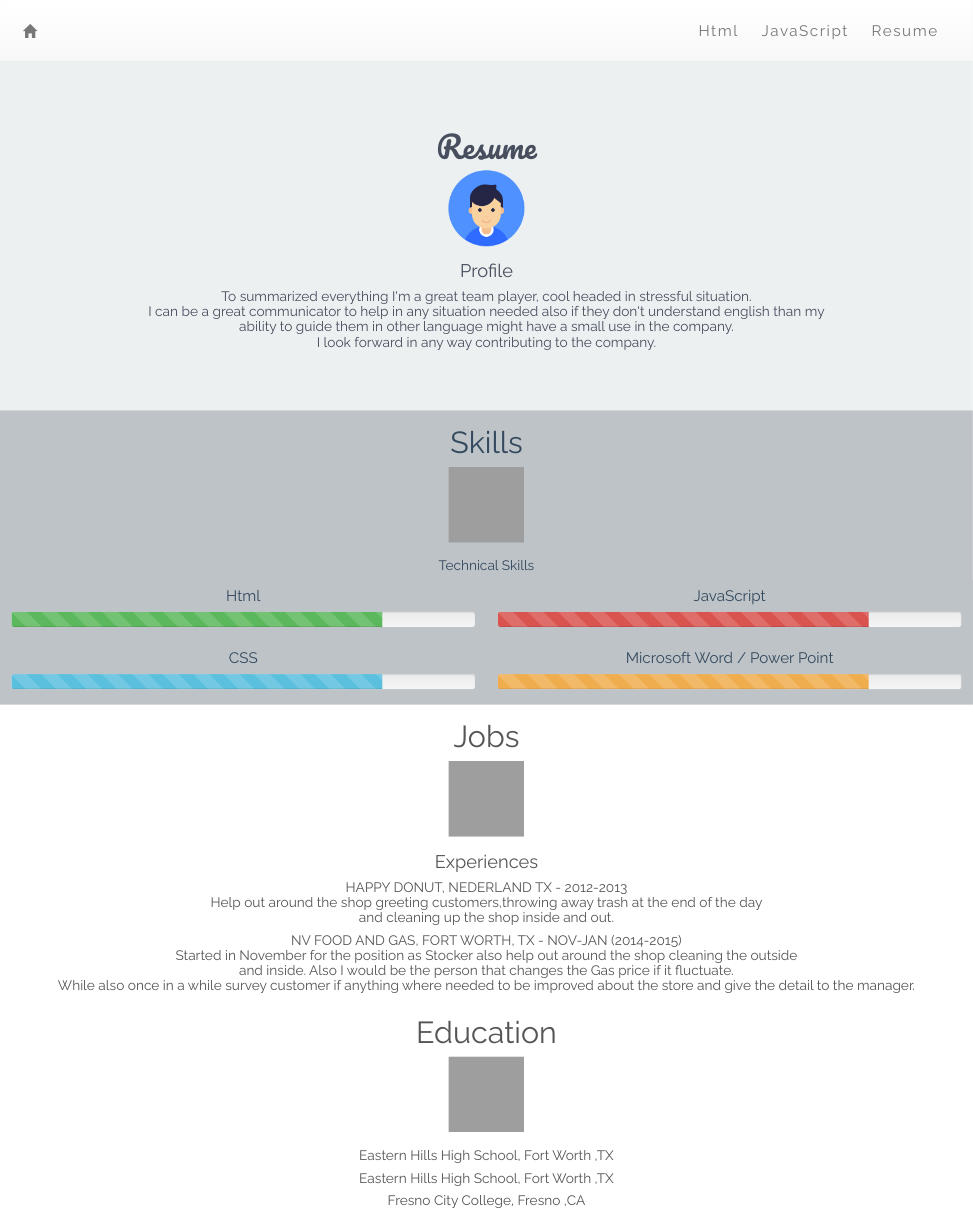
Repository: Milineam6162/workspace
Page: Resume/resume.html
The author's editor kept a record of every edit. The page is drawn from the files as they stood at one moment, then again after the next edit.
The browser window is 1280 px wide. The pictures show the whole page, at 76% of full size.
Pictures or frames that could not be fetched are drawn as grey boxes. Some web libraries are served in a nearby version.

Above is the page before.

After the next edit:
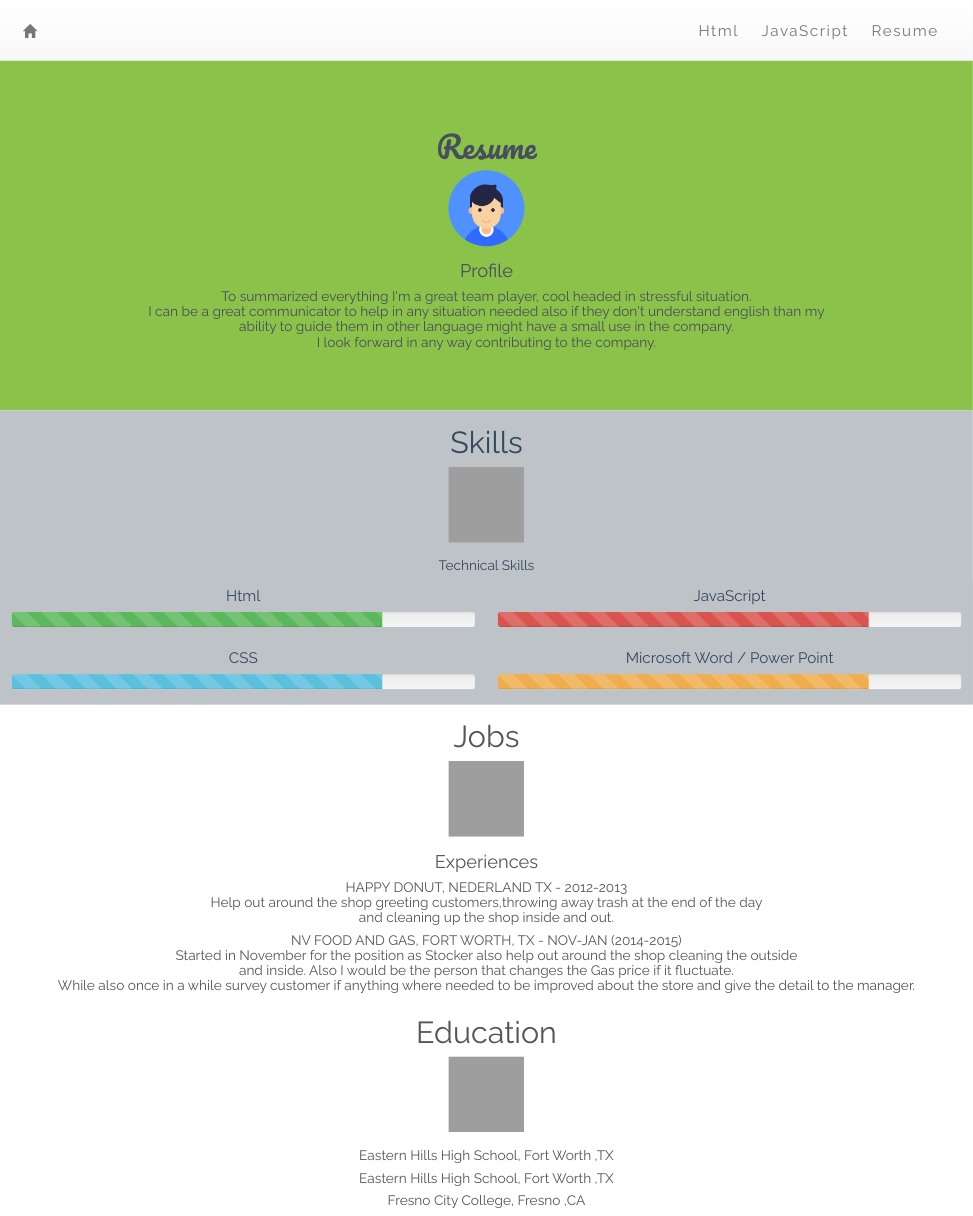
The edit:
--- a/Resume/resume.css
+++ b/Resume/resume.css
@@ -24,7 +24,7 @@
     overflow:hidden;
 }
 .bg-1 {
-      background-color: #ecf0f1; /* Green */
+      background-color: #8BC34A; /* Green */
       color: #474e5d;
        padding-top: 70px;
       padding-bottom: 70px;
